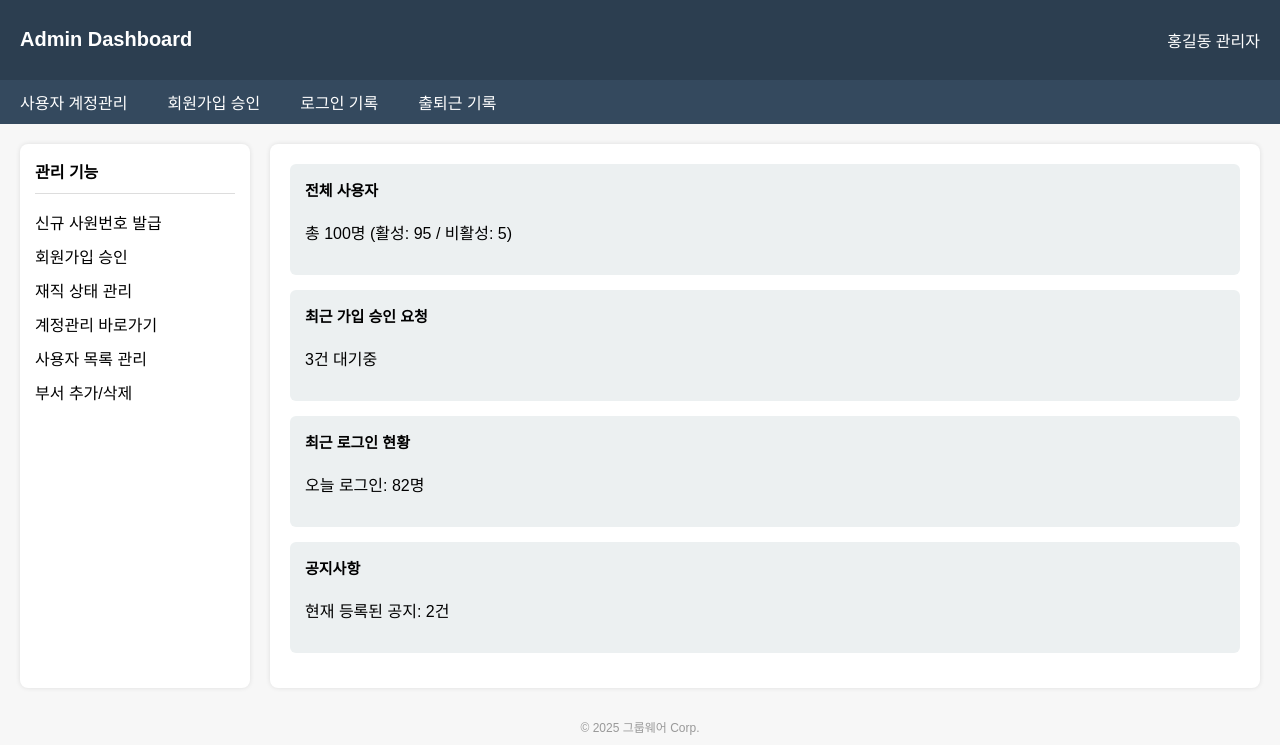
Repository: hyunbin7664/web-java-workspace
Page: groupware/src/main/webapp/admin_dashboard.html
These files come from the project's save history. The page is drawn as it stood at one moment and after the next save; the edit follows.
The browser window is 1280 px wide. The pictures show the whole page.

Above is the page before, as saved 2025-07-07 08:17:36.

### groupware/src/main/webapp/admin_dashboard.html
<!DOCTYPE html>
<html lang="ko">
<head>
<meta charset="UTF-8">
<title>Admin Dashboard</title>
<style>
body {
	margin: 0;
	font-family: Arial, sans-serif;
	background-color: #f7f7f7;
}

header {
	background-color: #2c3e50;
	color: white;
	padding: 15px 20px;
	display: flex;
	justify-content: space-between;
	align-items: center;
}

header h1 {
	font-size: 20px;
}

nav {
	display: flex;
	background-color: #34495e;
}

nav a {
	padding: 10px 20px;
	color: white;
	text-decoration: none;
	display: inline-block;
}

nav a:hover {
	background-color: #1abc9c;
}

.container {
	display: flex;
	padding: 20px;
}

.sidebar {
	width: 200px;
	background-color: white;
	border-radius: 8px;
	padding: 15px;
	margin-right: 20px;
	box-shadow: 0 0 5px rgba(0, 0, 0, 0.1);
}

.sidebar h3 {
	margin-top: 0;
	font-size: 16px;
	border-bottom: 1px solid #ddd;
	padding-bottom: 10px;
}

.sidebar ul {
	list-style: none;
	padding: 0;
}

.sidebar ul li {
	margin: 10px 0;
	cursor: pointer;
}

.main-content {
	flex: 1;
	background-color: white;
	border-radius: 8px;
	padding: 20px;
	box-shadow: 0 0 5px rgba(0, 0, 0, 0.1);
}

.card {
	background-color: #ecf0f1;
	padding: 15px;
	border-radius: 6px;
	margin-bottom: 15px;
}

.card h4 {
	margin-top: 0;
	font-size: 15px;
}

footer {
	text-align: center;
	padding: 10px;
	font-size: 12px;
	color: #999;
}
</style>
</head>
<body>
	<header>
		<h1>
			<a href="admin_dashboard.html" style="text-decoration: none; color: inherit;">Admin Dashboard</a>
		</h1>
		<div>홍길동 관리자</div>
	</header>
	<nav>
		<a href="user_list.html">사용자 계정관리</a>
		<a href="employee_approval.html">회원가입 승인</a>
		<a href="login_log.html">로그인 기록</a>
		<a href="attendance_log.html" class="active">출퇴근 기록</a>
	</nav>

	<div class="container">
		<div class="sidebar">
			<h3>관리 기능</h3>
			<ul>
				<li>신규 사원번호 발급</li>
				<li>회원가입 승인</li>
				<li>재직 상태 관리</li>
				<li>계정관리 바로가기</li>
				<li>사용자 목록 관리</li>
				<li>부서 추가/삭제</li>
			</ul>
		</div>

		<div class="main-content">
			<div class="card">
				<h4>전체 사용자</h4>
				<p>총 100명 (활성: 95 / 비활성: 5)</p>
			</div>

			<div class="card">
				<h4>최근 가입 승인 요청</h4>
				<p>3건 대기중</p>
			</div>

			<div class="card">
				<h4>최근 로그인 현황</h4>
				<p>오늘 로그인: 82명</p>
			</div>

			<div class="card">
				<h4>공지사항</h4>
				<p>현재 등록된 공지: 2건</p>
			</div>

		</div>
	</div>

	<footer> © 2025 그룹웨어 Corp. </footer>
</body>
</html>

After the next save:
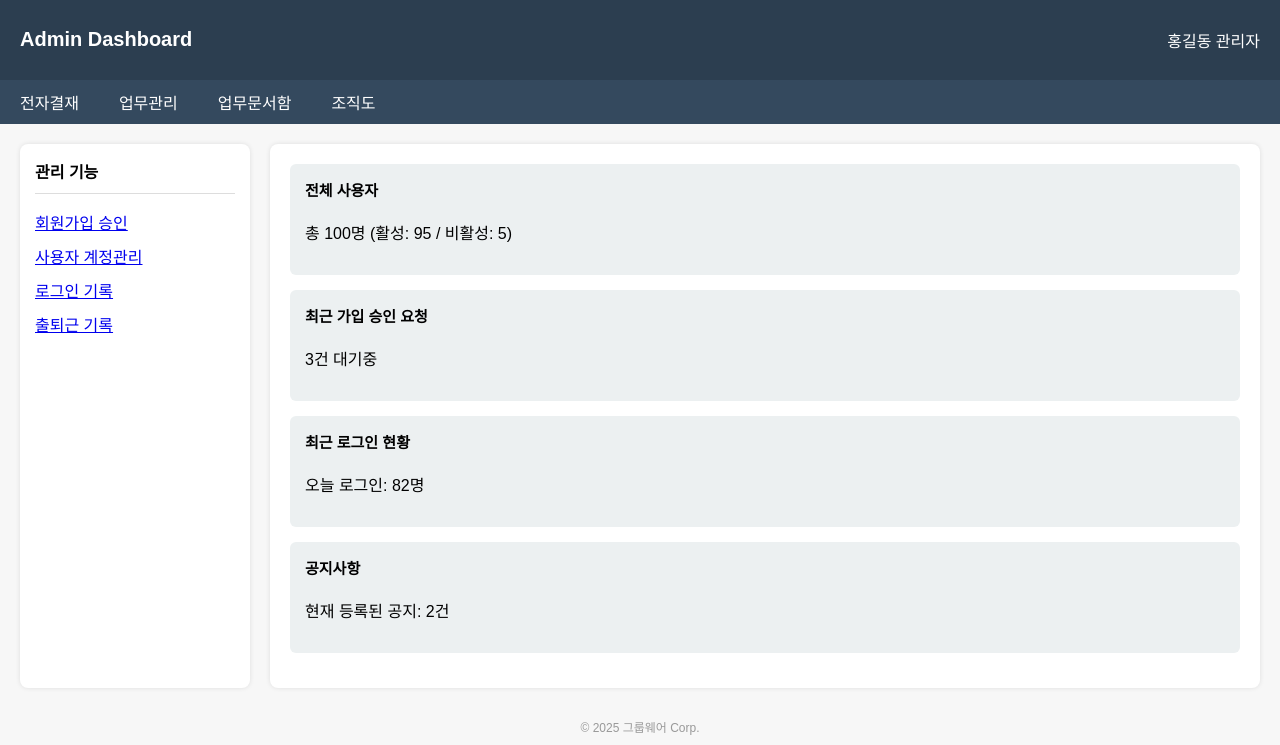
Saved 8 min 17 s later.
--- a/groupware/src/main/webapp/admin_dashboard.html
+++ b/groupware/src/main/webapp/admin_dashboard.html
@@ -106,22 +106,20 @@ footer {
 		<div>홍길동 관리자</div>
 	</header>
 	<nav>
-		<a href="user_list.html">사용자 계정관리</a>
-		<a href="employee_approval.html">회원가입 승인</a>
-		<a href="login_log.html">로그인 기록</a>
-		<a href="attendance_log.html" class="active">출퇴근 기록</a>
+		<a href="#">전자결재</a>
+		<a href="#">업무관리</a>
+		<a href="#">업무문서함</a>
+		<a href="#">조직도</a>
 	</nav>
 
 	<div class="container">
 		<div class="sidebar">
 			<h3>관리 기능</h3>
 			<ul>
-				<li>신규 사원번호 발급</li>
-				<li>회원가입 승인</li>
-				<li>재직 상태 관리</li>
-				<li>계정관리 바로가기</li>
-				<li>사용자 목록 관리</li>
-				<li>부서 추가/삭제</li>
+				<li><a href="employee_approval.html">회원가입 승인</a> </li>
+				<li><a href="user_list.html">사용자 계정관리</a> </li>
+				<li><a href="login_log.html">로그인 기록</a> </li>
+				<li><a href="attendance_log.html" class="active">출퇴근 기록</a></li>
 			</ul>
 		</div>
 
